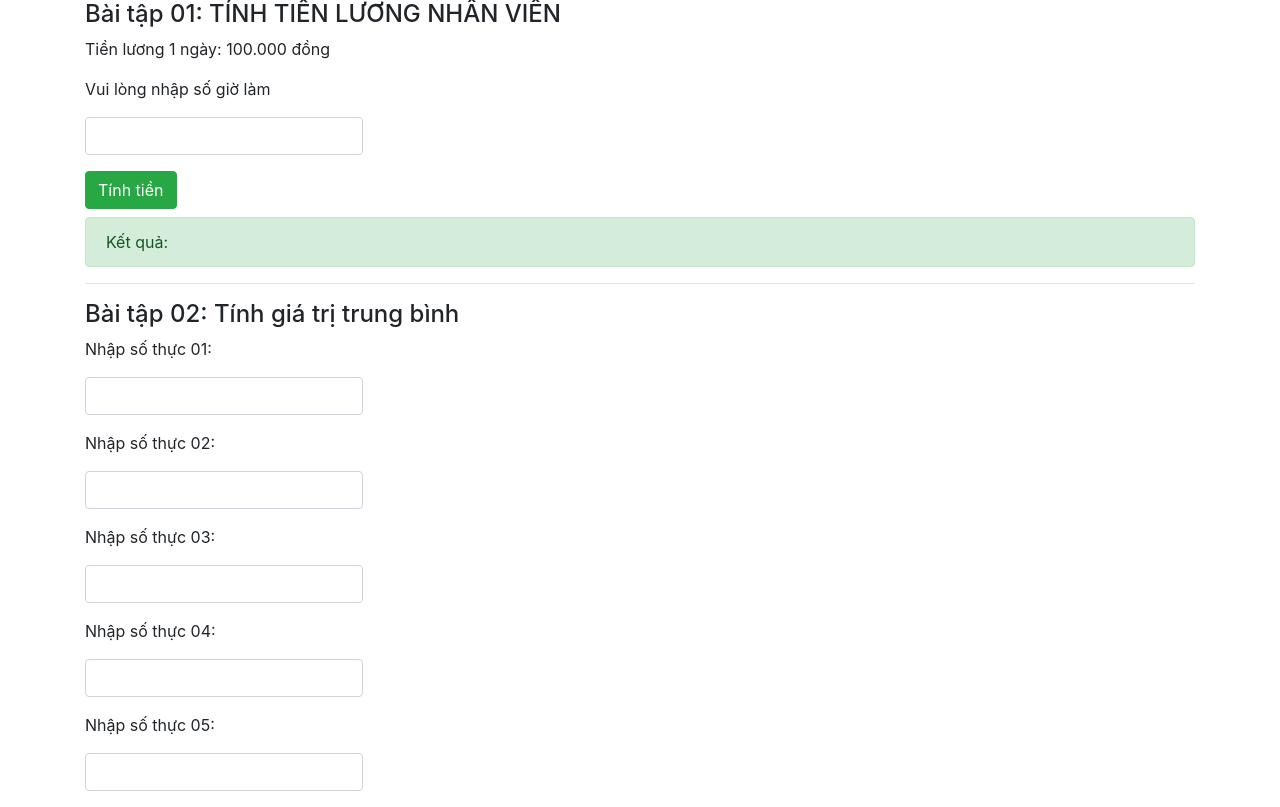
Repository: ducdatit2002/javascript-tinh-day13
Page: index.html
An editor plug-in stored every save of this project. The page is shown before and after the next save, followed by the edit.
The browser window is 1280 px wide. The pictures show the whole page.

Above is the page before, as saved 2023-08-13 23:59:42.

After the next save:
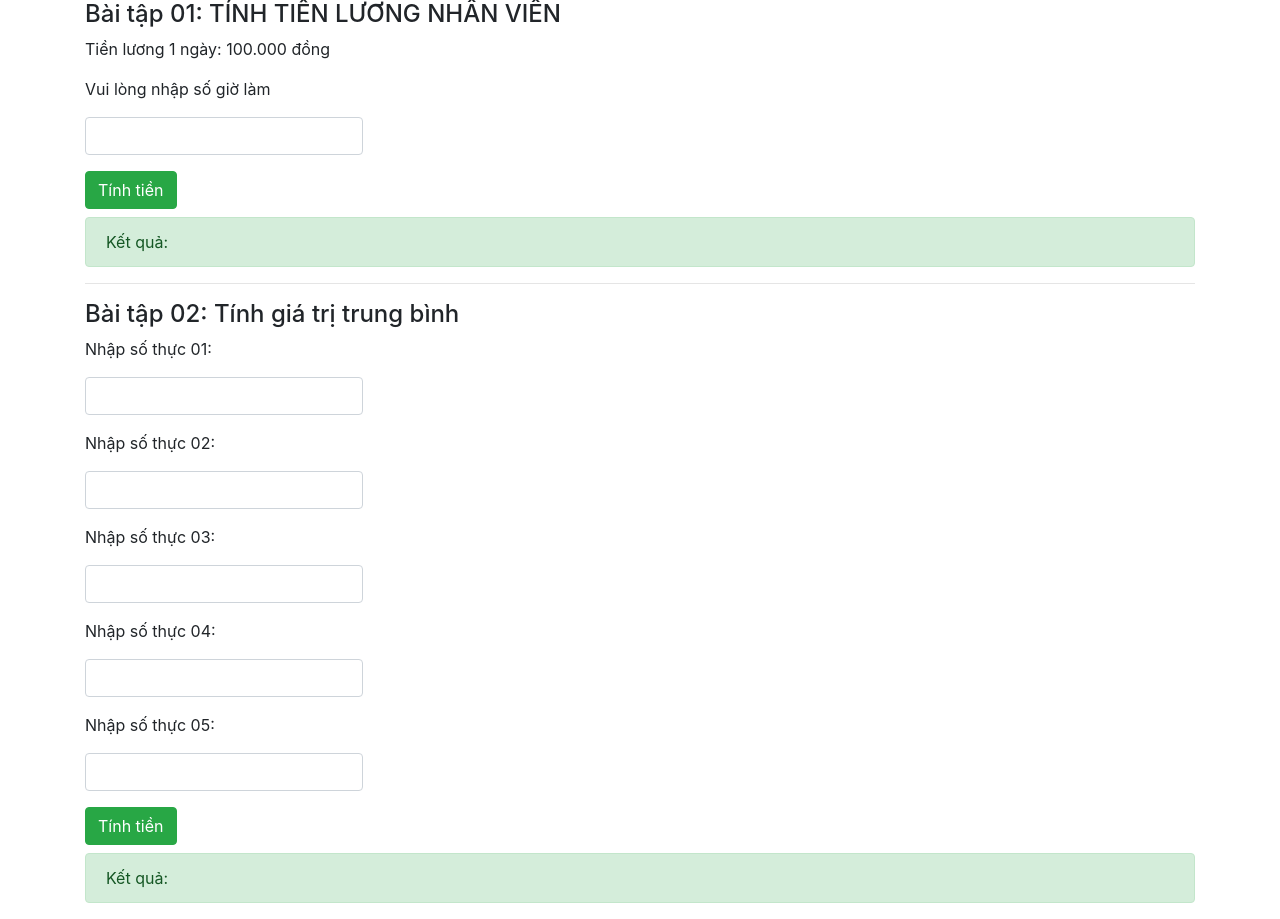
Saved 26 s later.
--- a/index.html
+++ b/index.html
@@ -64,6 +64,16 @@
           <p>Nhập số thực 05:</p>
           <input id="sothuc05" class="form-control w-25" />
         </div>
+        <button
+          onclick="tinhTongLuong()"
+          id="btnTinhTien"
+          class="btn btn-success"
+        >
+          Tính tiền
+        </button>
+        <div class="mt-2 alert alert-success">
+          Kết quả: <span id="tongLuong"></span>
+        </div>
       </div>
     </div>
 
